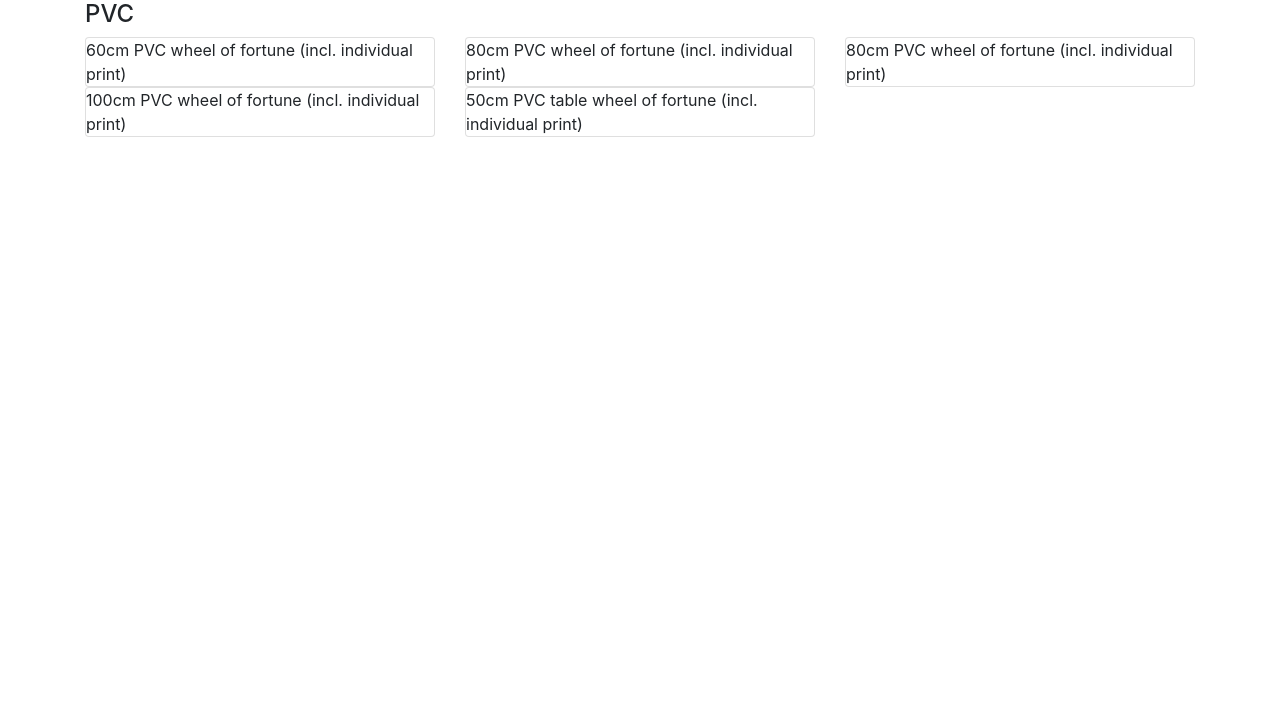
Repository: Awaisp-irfan/fahad-project
Page: pvc.html
The author's editor kept a copy of each file at every save. The page is drawn from the files as they stood at one save, then again after the next save.
The browser window is 1280 px wide. The pictures show the whole page.

Above is the page before, as saved 2022-06-30 07:53:30.

After the next save:
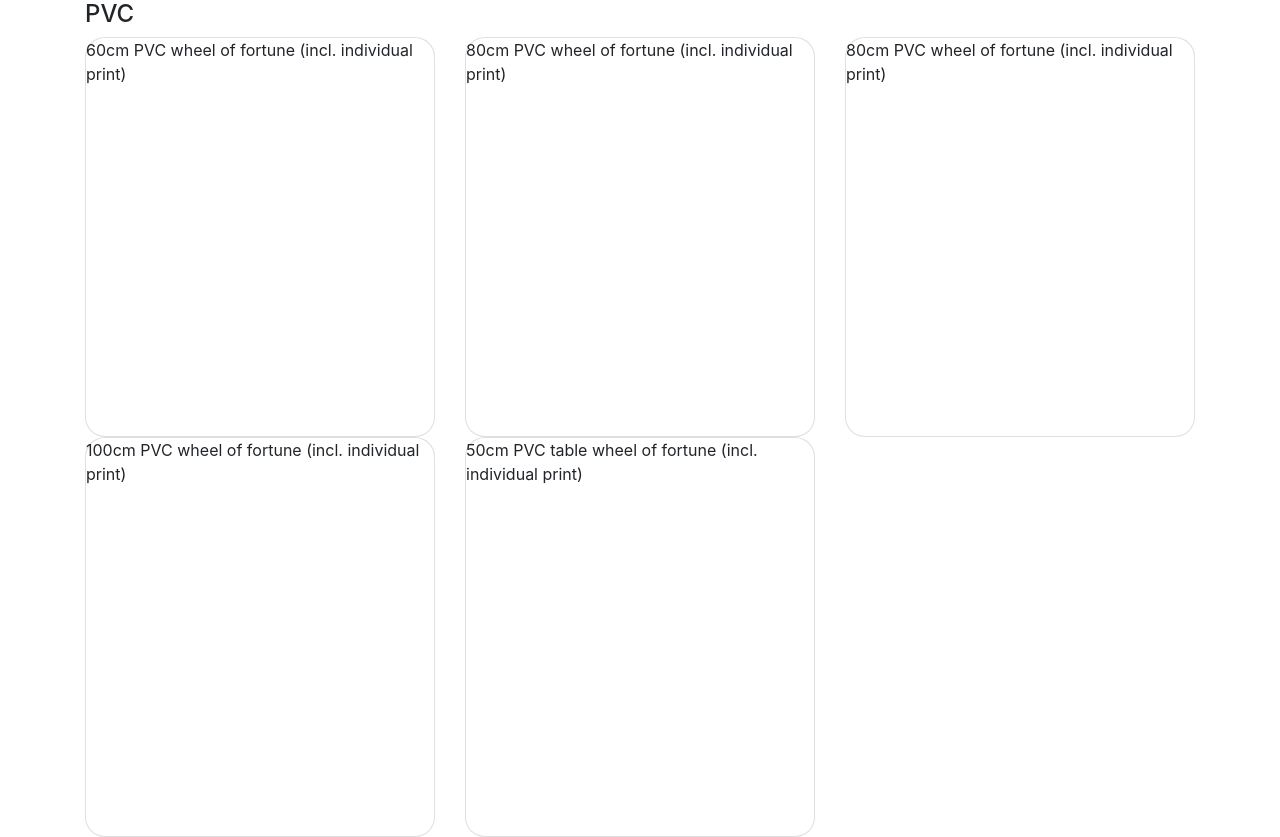
Saved 24 s later.
--- a/pvc.html
+++ b/pvc.html
@@ -10,6 +10,8 @@
     integrity="sha384-zCbKRCUGaJDkqS1kPbPd7TveP5iyJE0EjAuZQTgFLD2ylzuqKfdKlfG/eSrtxUkn"
     crossorigin="anonymous"
   />
+
+  <link rel="stylesheet" href="./style.css" />
     <title>Document</title>
 </head>
 <body>
